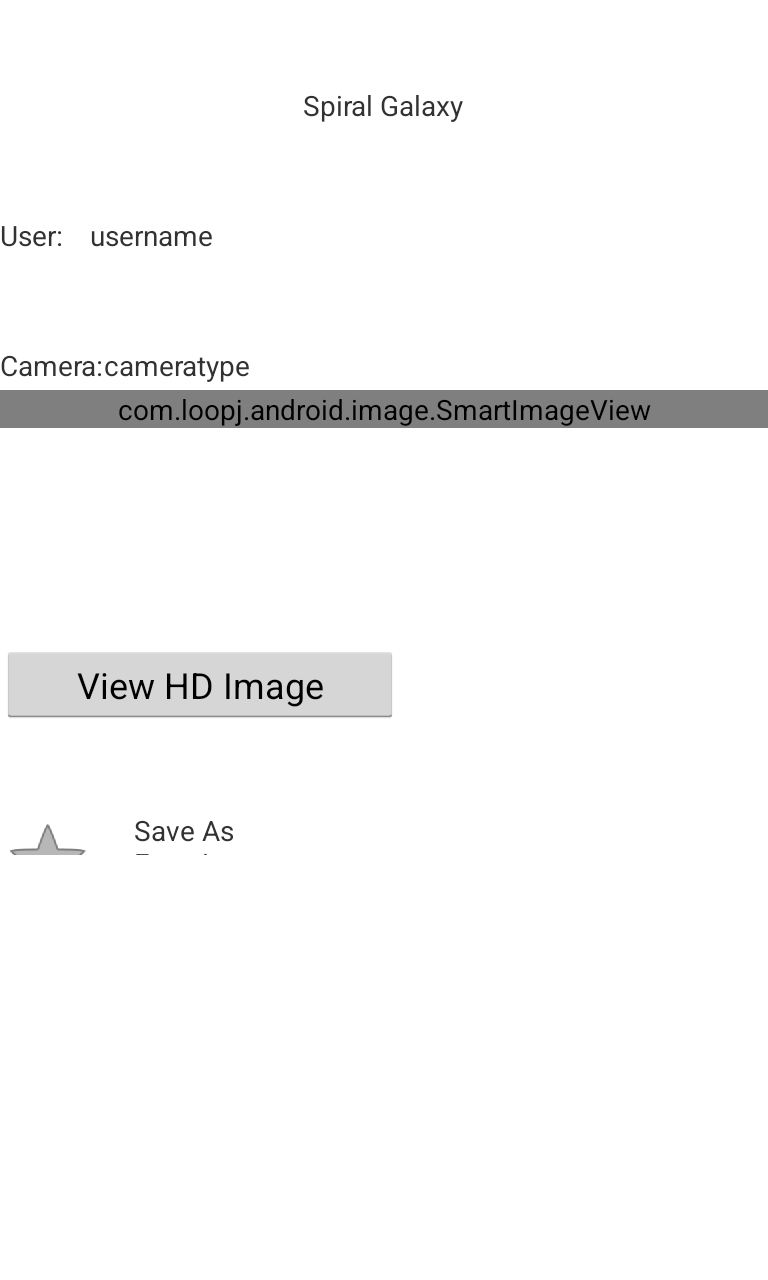
Repository: arianaantonio/Java2_Antonio
Layout: SpaceImageViewer/res/layout/details_activity.xml
These files come from the project's save history. The layout is drawn as it stood at one moment and after the next save; the edit follows.
Pictures or frames that could not be fetched are drawn as grey boxes. It is drawn on a 768 x 1280 px phone screen (xhdpi) without system bars, with theme AppTheme; the app's code is not run.

Above is the layout before, as saved 2014-07-17 05:51:50.

After the next save:
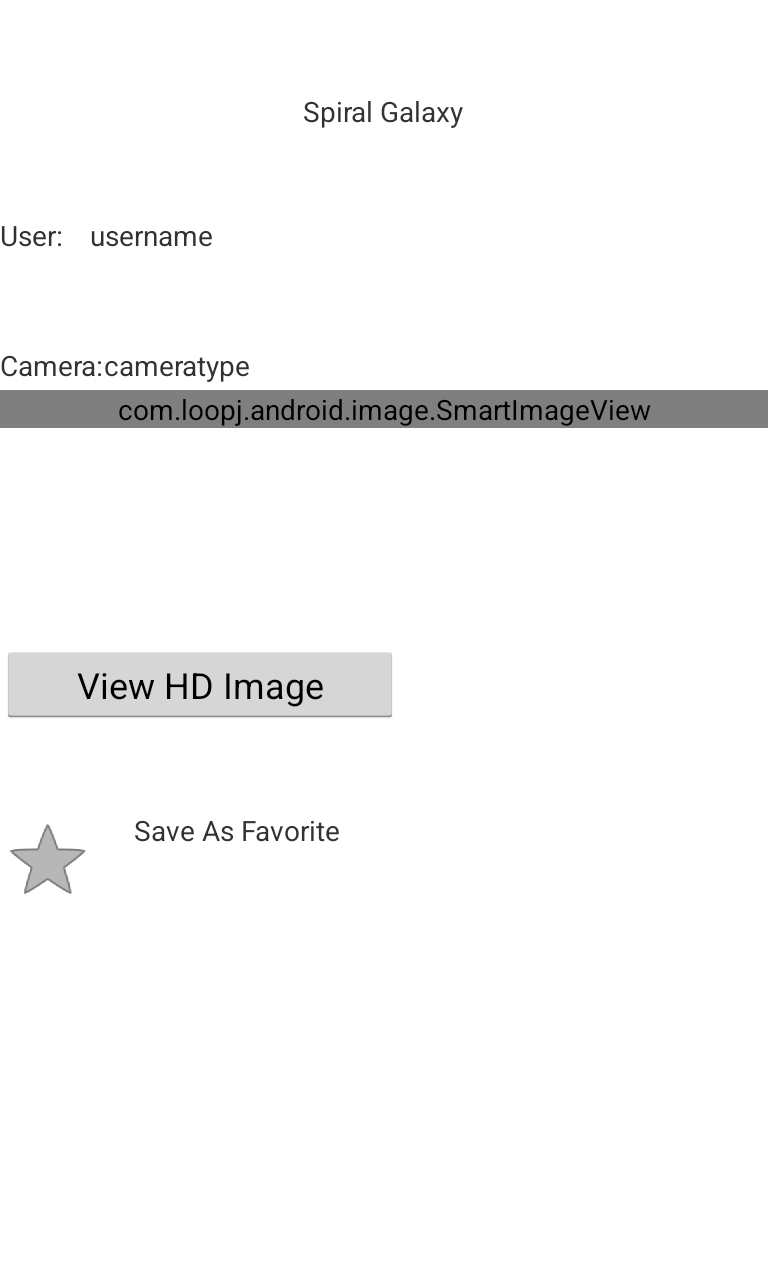
Saved 58 s later.
--- a/SpaceImageViewer/res/layout/details_activity.xml
+++ b/SpaceImageViewer/res/layout/details_activity.xml
@@ -17,7 +17,7 @@
 		    android:id="@+id/title"
 		    android:layout_width="wrap_content"
 		    android:layout_height="wrap_content"
-		    android:layout_alignParentTop="true"
+		    android:layout_alignParentBottom="true"
 		    android:layout_centerHorizontal="true"
 		    android:text="Spiral Galaxy" />
 
@@ -81,12 +81,14 @@
         android:minHeight="35dp"
         android:text="@string/HDbutton"
         android:width="200dp" />
+
 	<LinearLayout
 	    android:id="@+id/linearLayout3"
-	    android:layout_width="144dp"
-	    android:layout_height="22dp"
+	    android:layout_width="match_parent"
+	    android:layout_height="wrap_content"
 	    android:layout_marginTop="43dp"
 	    android:orientation="horizontal" >
+
 	    <RatingBar
 	        android:id="@+id/ratingBar"
 	        android:layout_width="wrap_content"
